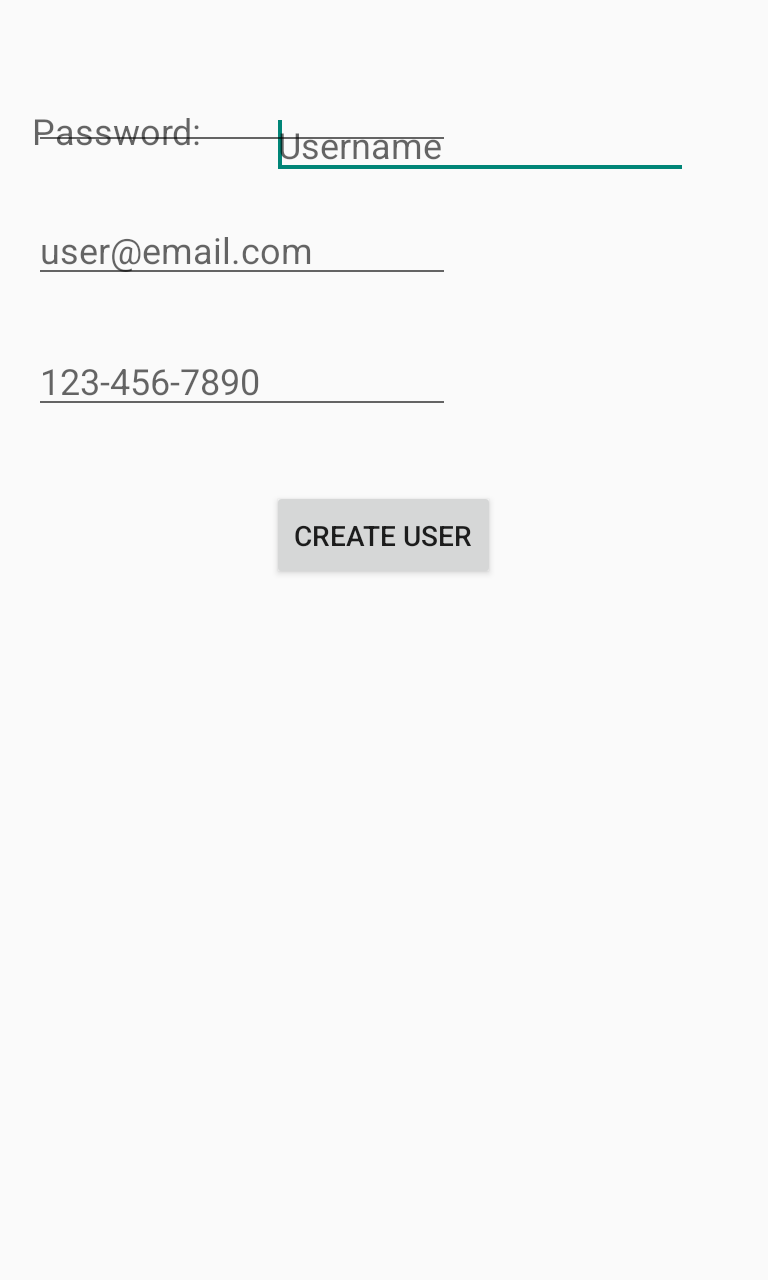
Repository: Sagarsaurus/Ecco
Layout: Ecco/res/layout/activity_create_user.xml
These files come from the project's save history. The layout is drawn as it stood at one moment and after the next save; the edit follows.
It is drawn on a 768 x 1280 px phone screen (xhdpi) without system bars, with theme AppTheme; the app's code is not run.

Above is the layout before, as saved 2014-11-16 20:44:42.

### Ecco/res/layout/activity_create_user.xml
<RelativeLayout xmlns:android="http://schemas.android.com/apk/res/android"
    xmlns:tools="http://schemas.android.com/tools"
    android:layout_width="match_parent"
    android:layout_height="match_parent"
    android:paddingBottom="@dimen/activity_vertical_margin"
    android:paddingLeft="@dimen/activity_horizontal_margin"
    android:paddingRight="@dimen/activity_horizontal_margin"
    android:paddingTop="@dimen/activity_vertical_margin"
    tools:context="com.application.ecco.CreateUserActivity" >

    <EditText
        android:id="@+id/username"
        android:layout_width="wrap_content"
        android:layout_height="wrap_content"
        android:layout_alignLeft="@+id/button1"
        android:layout_alignParentTop="true"
        android:layout_marginTop="34dp"
        android:ems="10"
        android:hint="@string/Username" >

        <requestFocus />
    </EditText>

    <EditText
        android:id="@+id/editText2"
        android:layout_width="wrap_content"
        android:layout_height="wrap_content"
        android:layout_alignLeft="@+id/editText1"
        android:layout_below="@+id/editText1"
        android:layout_marginTop="20dp"
        android:ems="10"
        android:inputType="textPassword" />

    <EditText
        android:id="@+id/editText3"
        android:layout_width="wrap_content"
        android:layout_height="wrap_content"
        android:layout_alignLeft="@+id/editText1"
        android:layout_below="@+id/editText2"
        android:layout_marginTop="25dp"
        android:ems="10"
        android:hint="@string/emailhint" />

    <EditText
        android:id="@+id/EditText01"
        android:layout_width="wrap_content"
        android:layout_height="wrap_content"
        android:layout_alignLeft="@+id/editText2"
        android:layout_below="@+id/editText3"
        android:layout_marginTop="24dp"
        android:ems="10"
        android:hint="@string/phonehint" />

    <Button
        android:id="@+id/button1"
        android:onClick="postAndCreateUser"
        android:layout_width="wrap_content"
        android:layout_height="wrap_content"
        android:layout_below="@+id/EditText01"
        android:layout_centerHorizontal="true"
        android:layout_marginTop="34dp"
        android:text="@string/createUser" />

    <TextView
        android:id="@+id/textView1"
        android:layout_width="wrap_content"
        android:layout_height="wrap_content"
        android:layout_above="@+id/editText2"
        android:layout_alignParentLeft="true"
        android:text="Username:"
        android:textAppearance="?android:attr/textAppearanceMedium" />

    <TextView
        android:id="@+id/TextView01"
        android:layout_width="wrap_content"
        android:layout_height="wrap_content"
        android:layout_alignBottom="@+id/editText2"
        android:layout_alignLeft="@+id/textView1"
        android:text="Password:"
        android:textAppearance="?android:attr/textAppearanceMedium" />

    <TextView
        android:id="@+id/TextView03"
        android:layout_width="wrap_content"
        android:layout_height="wrap_content"
        android:layout_alignBottom="@+id/EditText01"
        android:layout_toLeftOf="@+id/EditText01"
        android:text="Phone Number:"
        android:textAppearance="?android:attr/textAppearanceMedium" />

    <TextView
        android:id="@+id/TextView02"
        android:layout_width="wrap_content"
        android:layout_height="wrap_content"
        android:layout_alignBaseline="@+id/editText3"
        android:layout_alignBottom="@+id/editText3"
        android:layout_alignRight="@+id/TextView03"
        android:text="Email Address:"
        android:textAppearance="?android:attr/textAppearanceMedium" />

</RelativeLayout>

### Ecco/res/values/strings.xml
<?xml version="1.0" encoding="utf-8"?>
<resources>

    <string name="app_name">Ecco</string>
    <string name="hello_world">Hello world!</string>
    <string name="action_settings">Settings</string>
    <string name="Username">Username</string>
    <string name="Password">Password</string>
    <string name="Login">Login</string>
    <string name="createUser">Create User</string>
    <string name="title_activity_home">HomeActivity</string>
    <string name="title_section1">Section 1</string>
    <string name="title_section2">Section 2</string>
    <string name="title_section3">Section 3</string>
    <string name="navigation_drawer_open">Open navigation drawer</string>
    <string name="navigation_drawer_close">Close navigation drawer</string>
    <string name="action_example">Example action</string>
    <string name="title_activity_create_user">CreateUserActivity</string>
    <string name="Email">Email</string>
    <string name="Phone">Phone</string>
    <string name="emailhint">user@email.com</string>
    <string name="phonehint">123-456-7890</string>

</resources>

Loaded but not shown: Ecco/res/values/styles.xml (common file); Ecco/res/values-v11/styles.xml (common file); Ecco/res/values-v14/styles.xml (common file); Ecco/res/values/dimens.xml (common file); Ecco/res/values-w820dp/dimens.xml (common file)

After the next save:
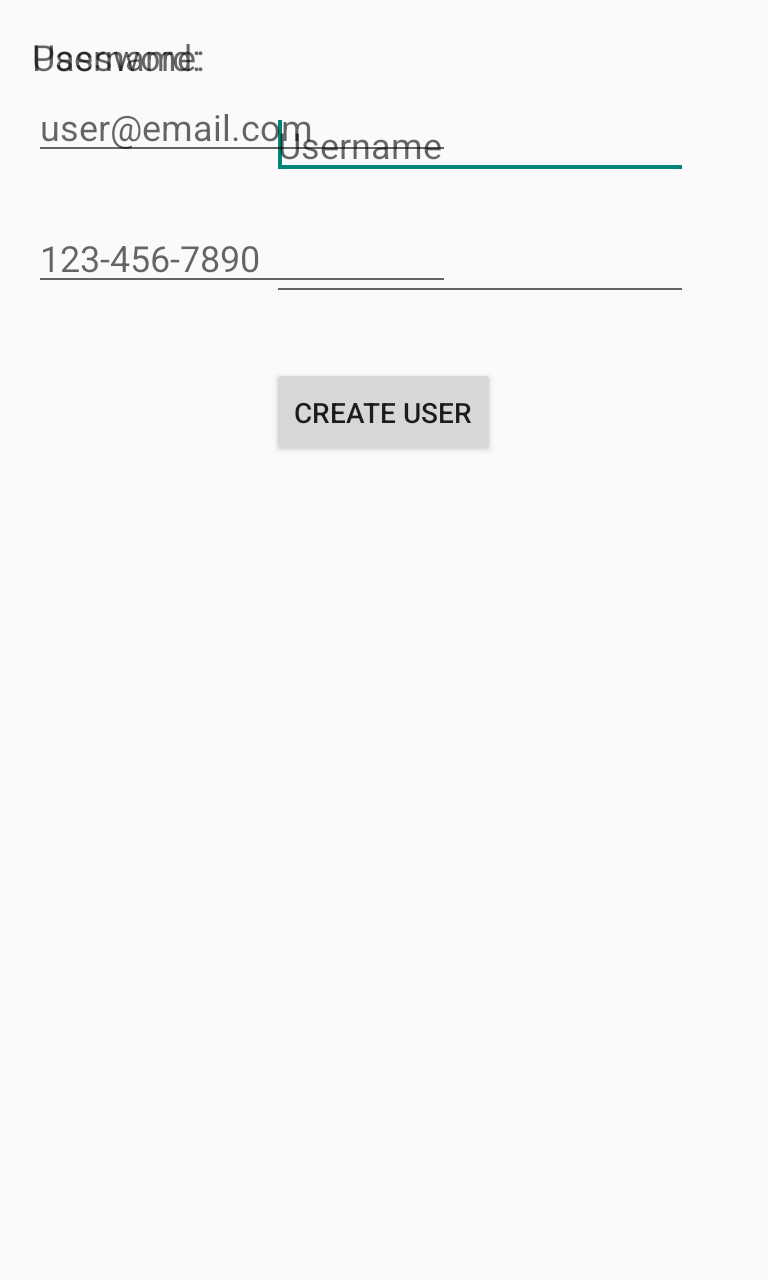
Saved 29 s later.
--- a/Ecco/res/layout/activity_create_user.xml
+++ b/Ecco/res/layout/activity_create_user.xml
@@ -22,11 +22,11 @@
     </EditText>
 
     <EditText
-        android:id="@+id/editText2"
+        android:id="@+id/password"
         android:layout_width="wrap_content"
         android:layout_height="wrap_content"
-        android:layout_alignLeft="@+id/editText1"
-        android:layout_below="@+id/editText1"
+        android:layout_alignLeft="@+id/username"
+        android:layout_below="@+id/username"
         android:layout_marginTop="20dp"
         android:ems="10"
         android:inputType="textPassword" />
